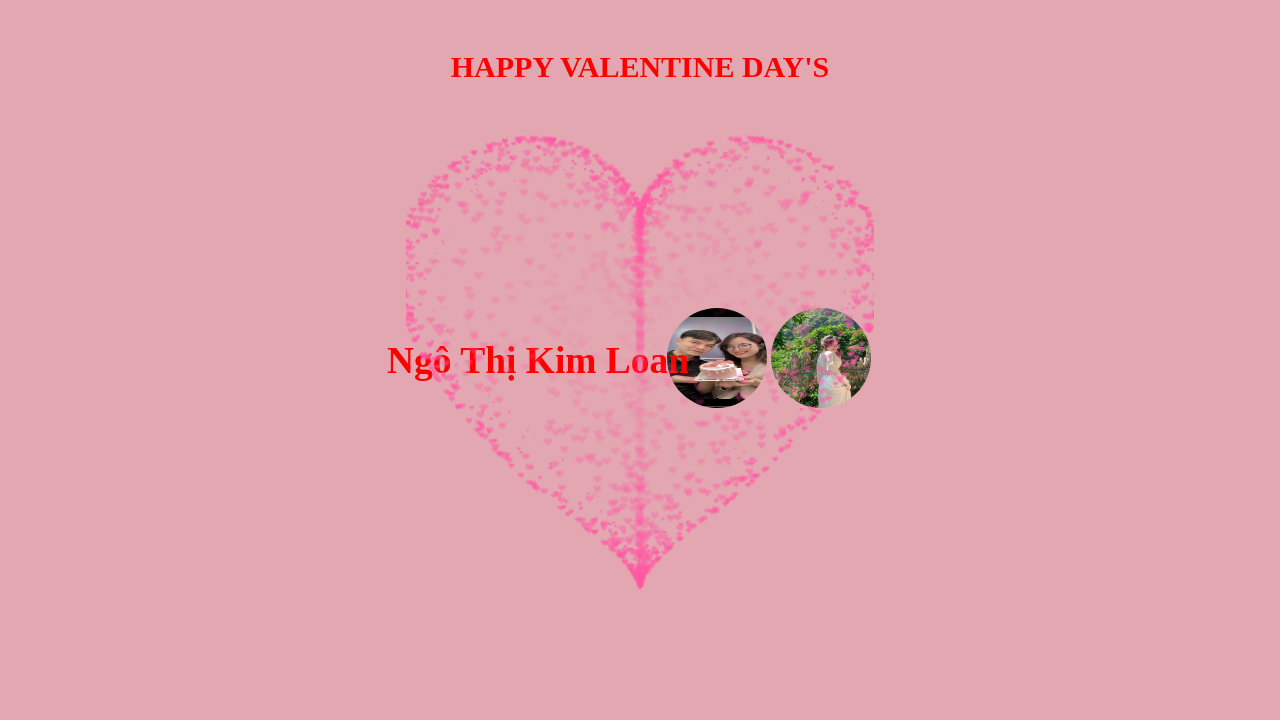
Repository: congbnvn0709/happy-valentine
Page: index.html
The author's editor kept a copy of each file at every save. The page is drawn from the files as they stood at one save, then again after the next save.
The browser window is 1280 px wide. The pictures show the whole page.

Above is the page before, as saved 2023-01-30 23:31:19.

### index.html
<!DOCTYPE html PUBLIC "-//W3C//DTD HTML 4.0 Transitional//EN">
<html>
  <head>
    <title>Happy valentine day's</title>
    <meta name="Generator" content="EditPlus" />
    <meta name="Author" content="" />
    <meta name="Keywords" content="" />
    <meta name="Description" content="" />
    <link rel="stylesheet" type="text/css" href="style.css" />
  </head>

  <body>
    <p class="title">HAPPY VALENTINE DAY'S</p>
    <h1>Ngô Thị Kim Loan</h1>

    <div class="box">
      <canvas id="pinkboard"></canvas>
    </div>
    <div class="image">
        <img class="image1" src="./person1.jpg" alt="" srcset="">
        <img class="image1" src="./person2.jpg" alt="" srcset="">
    </div>
    <script src="app.js"></script>
  </body>
</html>

### style.css
html,
body {
  height: 100%;
  padding: 0;
  margin: 0;
  background: rgb(227, 167, 177);
  display: flex;
  justify-content: center;
  align-items: center;
}

h1 {
  color: red;
}

.box {
  width: 100%;
  position: absolute;
  top: 50%;
  left: 50%;
  transform: translate(-50%, -50%);
  display: flex;
  flex-direction: column;
}

canvas {
  position: absolute;
  width: 100%;
  height: 100%;
}

#pinkboard {
  position: relative;
  margin: auto;
  height: 400px;
  width: 400px;
  animation: animate 2s infinite;
}

h1 {
  animation: animate 2s infinite;
}

#pinkboard:before,
#pinkboard:after {
  content: "";

  position: absolute;

  background: #ff5ca4;

  width: 100px;

  height: 160px;

  border-top-left-radius: 50px;

  border-top-right-radius: 50px;
}

#pinkboard:before {
  left: 100px;

  transform: rotate(-45deg);

  transform-origin: 0 100%;

  box-shadow: 0 14px 28px rgba(0, 0, 0, 0.25), 0 10px 10px rgba(0, 0, 0, 0.22);
}

#pinkboard:after {
  left: 0;

  transform: rotate(45deg);

  transform-origin: 100% 100%;
}

@keyframes animate {
  0% {
    transform: scale(1);
  }

  30% {
    transform: scale(0.8);
  }

  60% {
    transform: scale(1.2);
  }

  100% {
    transform: scale(1);
  }
}

.title {
  position: absolute;
  top: 20px;
  color: red;
  font-size: 30px;
  font-weight: 700;
}
.image1{
    width: 100px;
    height: 100px;
    border-radius: 50%;
}

### app.js
var settings = {
    particles: {
      length: 2000,
      duration: 3,
      velocity: 100,
      effect: -1,
      size: 8,
    },
  };

  (function () {
    var b = 0;

    var c = ["ms", "moz", "webkit", "o"];

    for (var a = 0; a < c.length && !window.requestAnimationFrame; ++a) {
      window.requestAnimationFrame = window[c[a] + "RequestAnimationFrame"];

      window.cancelAnimationFrame =
        window[c[a] + "CancelAnimationFrame"] ||
        window[c[a] + "CancelRequestAnimationFrame"];
    }

    if (!window.requestAnimationFrame) {
      window.requestAnimationFrame = function (h, e) {
        var d = new Date().getTime();

        var f = Math.max(0, 16 - (d - b));

        var g = window.setTimeout(function () {
          h(d + f);
        }, f);

        b = d + f;

        return g;
      };
    }

    if (!window.cancelAnimationFrame) {
      window.cancelAnimationFrame = function (d) {
        clearTimeout(d);
      };
    }
  })();

  var Point = (function () {
    function Point(x, y) {
      this.x = typeof x !== "undefined" ? x : 0;

      this.y = typeof y !== "undefined" ? y : 0;
    }

    Point.prototype.clone = function () {
      return new Point(this.x, this.y);
    };

    Point.prototype.length = function (length) {
      if (typeof length == "undefined")
        return Math.sqrt(this.x * this.x + this.y * this.y);

      this.normalize();

      this.x *= length;

      this.y *= length;

      return this;
    };

    Point.prototype.normalize = function () {
      var length = this.length();

      this.x /= length;

      this.y /= length;

      return this;
    };

    return Point;
  })();

  var Particle = (function () {
    function Particle() {
      this.position = new Point();

      this.velocity = new Point();

      this.acceleration = new Point();

      this.age = 0;
    }

    Particle.prototype.initialize = function (x, y, dx, dy) {
      this.position.x = x;

      this.position.y = y;

      this.velocity.x = dx;

      this.velocity.y = dy;

      this.acceleration.x = dx * settings.particles.effect;

      this.acceleration.y = dy * settings.particles.effect;

      this.age = 0;
    };

    Particle.prototype.update = function (deltaTime) {
      this.position.x += this.velocity.x * deltaTime;

      this.position.y += this.velocity.y * deltaTime;

      this.velocity.x += this.acceleration.x * deltaTime;

      this.velocity.y += this.acceleration.y * deltaTime;

      this.age += deltaTime;
    };

    Particle.prototype.draw = function (context, image) {
      function ease(t) {
        return --t * t * t + 1;
      }

      var size = image.width * ease(this.age / settings.particles.duration);

      context.globalAlpha = 1 - this.age / settings.particles.duration;

      context.drawImage(
        image,

        this.position.x - size / 2,

        this.position.y - size / 2,

        size,

        size
      );
    };

    return Particle;
  })();

  var ParticlePool = (function () {
    var particles,
      firstActive = 0,
      firstFree = 0,
      duration = settings.particles.duration;

    function ParticlePool(length) {
      particles = new Array(length);

      for (var i = 0; i < particles.length; i++)
        particles[i] = new Particle();
    }

    ParticlePool.prototype.add = function (x, y, dx, dy) {
      particles[firstFree].initialize(x, y, dx, dy);

      firstFree++;

      if (firstFree == particles.length) firstFree = 0;

      if (firstActive == firstFree) firstActive++;

      if (firstActive == particles.length) firstActive = 0;
    };

    ParticlePool.prototype.update = function (deltaTime) {
      var i;

      if (firstActive < firstFree) {
        for (i = firstActive; i < firstFree; i++)
          particles[i].update(deltaTime);
      }

      if (firstFree < firstActive) {
        for (i = firstActive; i < particles.length; i++)
          particles[i].update(deltaTime);

        for (i = 0; i < firstFree; i++) particles[i].update(deltaTime);
      }

      while (
        particles[firstActive].age >= duration &&
        firstActive != firstFree
      ) {
        firstActive++;

        if (firstActive == particles.length) firstActive = 0;
      }
    };

    ParticlePool.prototype.draw = function (context, image) {
      if (firstActive < firstFree) {
        for (i = firstActive; i < firstFree; i++)
          particles[i].draw(context, image);
      }

      if (firstFree < firstActive) {
        for (i = firstActive; i < particles.length; i++)
          particles[i].draw(context, image);

        for (i = 0; i < firstFree; i++) particles[i].draw(context, image);
      }
    };

    return ParticlePool;
  })();

  (function (canvas) {
    var context = canvas.getContext("2d"),
      particles = new ParticlePool(settings.particles.length),
      particleRate =
        settings.particles.length / settings.particles.duration,
      time;

    function pointOnHeart(t) {
      return new Point(
        160 * Math.pow(Math.sin(t), 3),

        130 * Math.cos(t) -
          50 * Math.cos(2 * t) -
          20 * Math.cos(3 * t) -
          10 * Math.cos(4 * t) +
          25
      );
    }

    var image = (function () {
      var canvas = document.createElement("canvas"),
        context = canvas.getContext("2d");

      canvas.width = settings.particles.size;

      canvas.height = settings.particles.size;

      function to(t) {
        var point = pointOnHeart(t);

        point.x =
          settings.particles.size / 2 +
          (point.x * settings.particles.size) / 350;

        point.y =
          settings.particles.size / 2 -
          (point.y * settings.particles.size) / 350;

        return point;
      }

      context.beginPath();

      var t = -Math.PI;

      var point = to(t);

      context.moveTo(point.x, point.y);

      while (t < Math.PI) {
        t += 0.01;

        point = to(t);

        context.lineTo(point.x, point.y);
      }

      context.closePath();

      context.fillStyle = "#FF5CA4";

      context.fill();

      var image = new Image();

      image.src = canvas.toDataURL();

      return image;
    })();

    function render() {
      requestAnimationFrame(render);

      var newTime = new Date().getTime() / 1000,
        deltaTime = newTime - (time || newTime);

      time = newTime;

      context.clearRect(0, 0, canvas.width, canvas.height);

      var amount = particleRate * deltaTime;

      for (var i = 0; i < amount; i++) {
        var pos = pointOnHeart(Math.PI - 2 * Math.PI * Math.random());

        var dir = pos.clone().length(settings.particles.velocity);

        particles.add(
          canvas.width / 2 + pos.x,

          canvas.height / 2 - pos.y,

          dir.x,

          -dir.y
        );
      }

      particles.update(deltaTime);

      particles.draw(context, image);
    }

    function onResize() {
      canvas.width = canvas.clientWidth;

      canvas.height = canvas.clientHeight;
    }

    window.onresize = onResize;

    setTimeout(function () {
      onResize();

      render();
    }, 10);
  })(document.getElementById("pinkboard"));

After the next save:
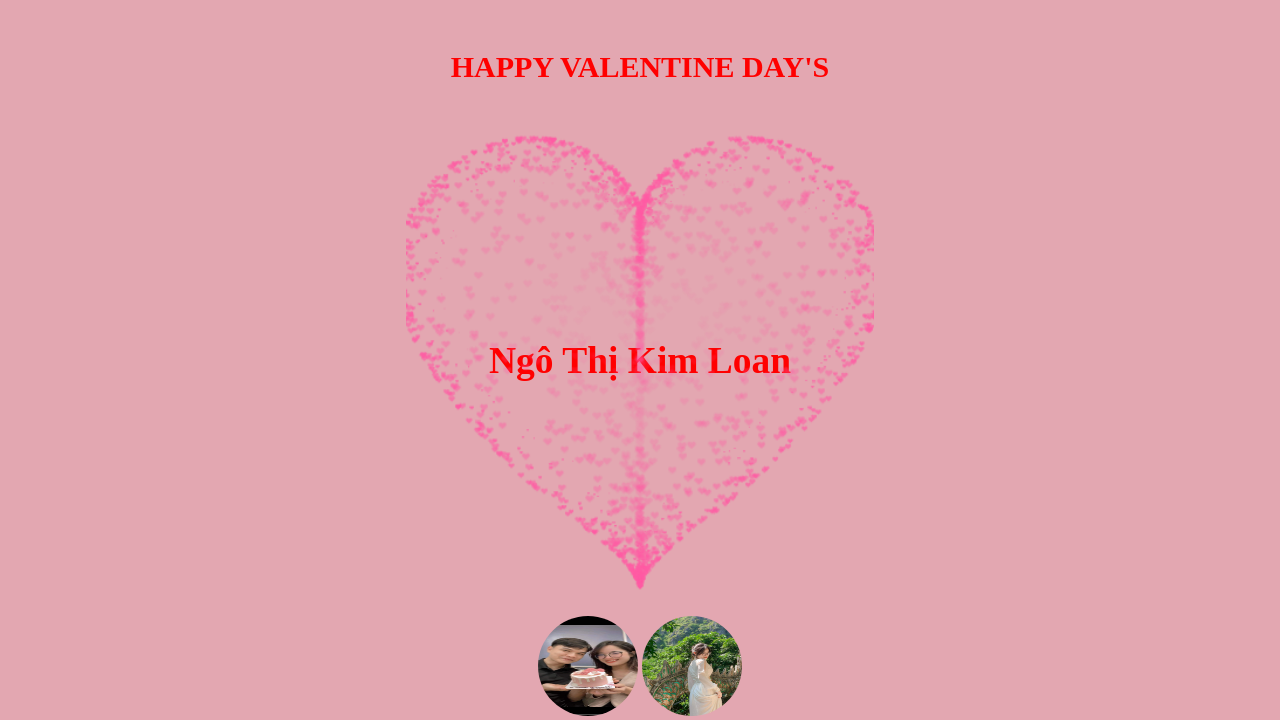
Saved 75 s later.
--- a/style.css
+++ b/style.css
@@ -101,6 +101,10 @@ h1 {
   font-size: 30px;
   font-weight: 700;
 }
+.image{
+    position: absolute;
+    bottom: 0;
+}
 .image1{
     width: 100px;
     height: 100px;
